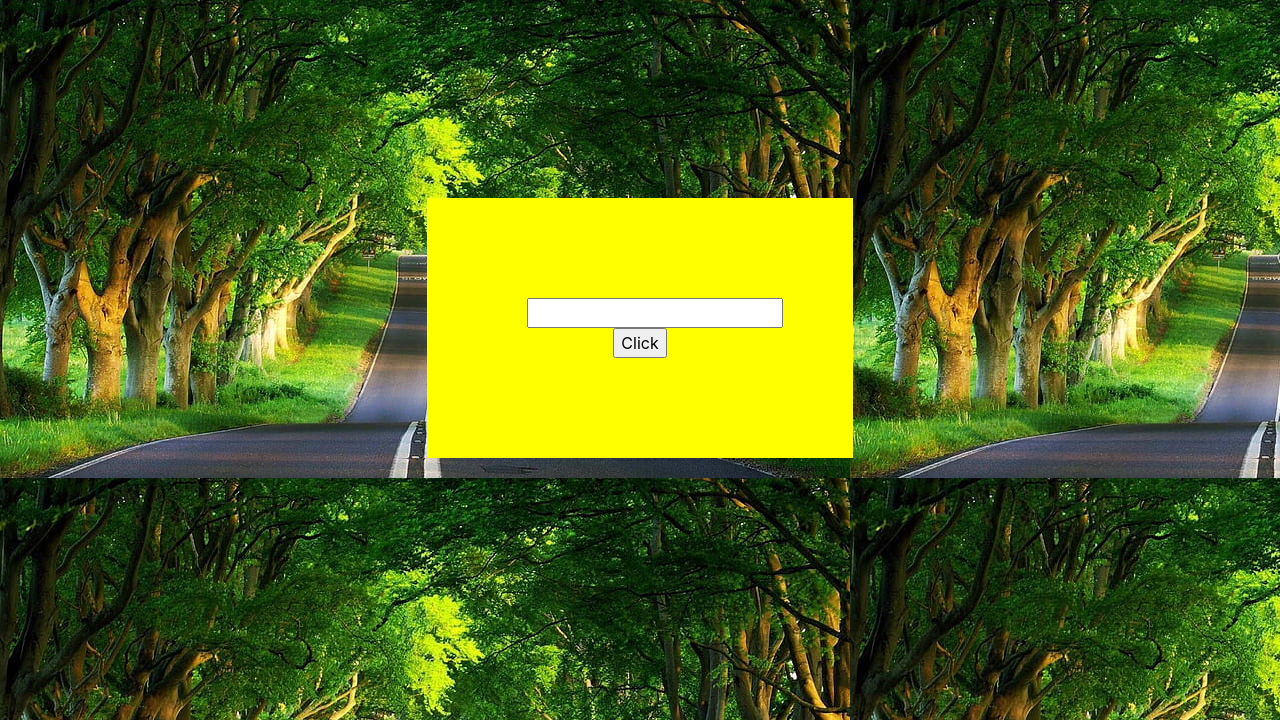
Repository: prashantkumarbind/Hospital-Weather-Concept
Page: http://localhost/weather-app/
The author's editor kept a copy of each file at every save. The page is drawn from the files as they stood at one save, then again after the next save.
The browser window is 1280 px wide. The pictures show the whole page.
The page is served by Tomcat 9. Other server files are loaded and not shown.

Above is the page before, as saved 2024-01-19 07:19:59.

### weather-app/src/main/webapp/index.jsp
<%@ page language="java" contentType="text/html; charset=ISO-8859-1"
    pageEncoding="ISO-8859-1"%>
<!DOCTYPE html>
<html>
<head>
<meta charset="ISO-8859-1">
<meta charset="utf-8">
<meta name="viewport" content="width=device-width, initial-scale=1, shrink-to-fit=no">
<link rel="stylesheet" href="https://cdn.jsdelivr.net/npm/bootstrap@4.6.2/dist/css/bootstrap.min.css">
<title>weather app</title>
<style>
	body{
		 background-image: url("img/we3.jpg");
	}
	.controller{
		margin-top:150px;
		background-color:yellow;
		padding:100px 100px;
		opacity: 1.0;

	}
</style>
</head>
<body>

		<section class="form-top-header header-top mt-5">
			<div class="container-fluid">
				<div class="row justify-content-center">
					<div class="col-4 form controller text-center">
						<form action="FormDataController" method="Post">
							 <div class="form-design">
							 	<input type="text" name="city_name" class="">
							 	<input class="button-design" type="submit" value="Click">
							 </div>
						</form>
					</div>
				</div>
			</div>
		</section>

 <!-- <script src="https://cdn.jsdelivr.net/npm/jquery@3.5.1/dist/jquery.slim.min.js"></script>
 <script src="https://cdn.jsdelivr.net/npm/bootstrap@4.6.2/dist/js/bootstrap.bundle.min.js"></script>
 -->
</body>
</html>

After the next save:
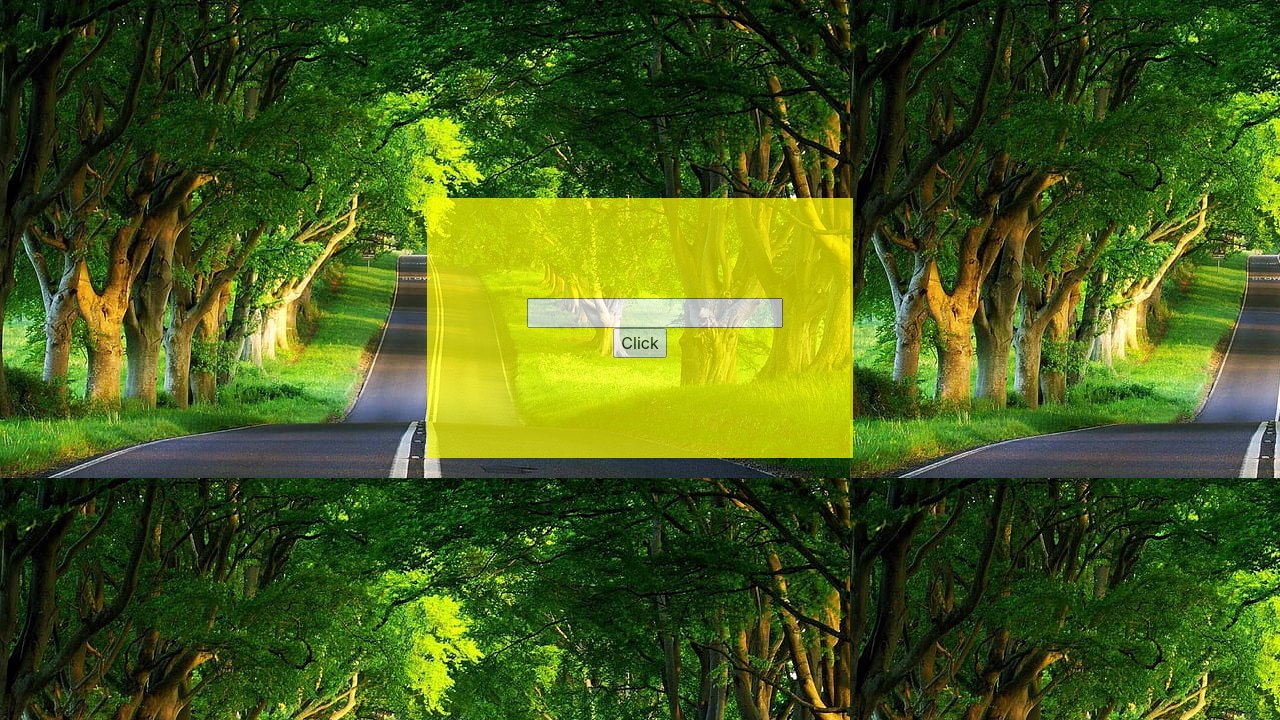
Saved 8 s later.
--- a/weather-app/src/main/webapp/index.jsp
+++ b/weather-app/src/main/webapp/index.jsp
@@ -16,7 +16,7 @@
 		margin-top:150px;
 		background-color:yellow;
 		padding:100px 100px;
-		opacity: 1.0;
+		opacity: 0.7;
 
 	}
 </style>
